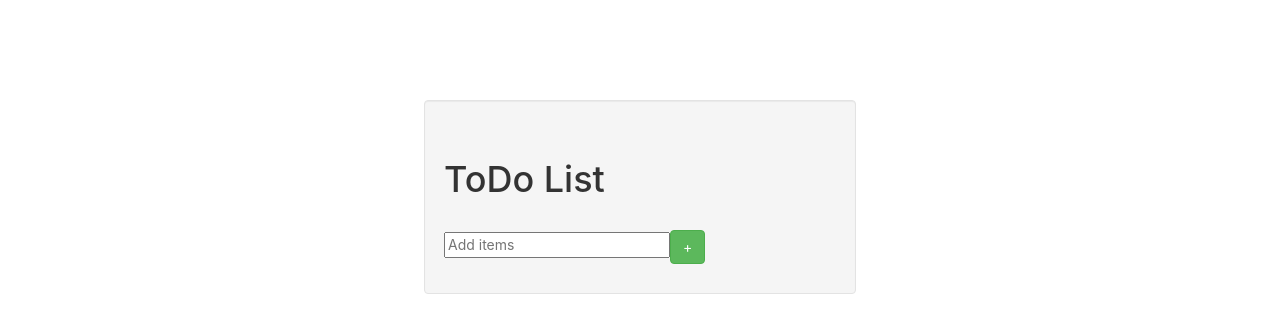
Repository: arpana23/Todo-list
Page: /
The author's editor kept a copy of each file at every save. The page is drawn from the files as they stood at one save, then again after the next save.
The browser window is 1280 px wide. The pictures show the whole page.
Some web libraries are served in a nearby version. The project was rebuilt for these pictures with package versions that can differ from the ones it lists, and the page was loaded fresh each time. Also part of the build but not shown: src/Todolist.js.

Above is the page before, as saved 2021-04-14 17:52:42.

### public/index.html
<!DOCTYPE html>
<html lang="en">
  <head>
    <meta charset="utf-8" />
    <link rel="icon" href="%PUBLIC_URL%/favicon.ico" />
    <meta name="viewport" content="width=device-width, initial-scale=1" />
    <meta name="theme-color" content="#000000" />
    <meta
      name="description"
      content="Web site created using create-react-app"
    />
    <link rel="apple-touch-icon" href="%PUBLIC_URL%/logo192.png" />
    <!--
      manifest.json provides metadata used when your web app is installed on a
      user's mobile device or desktop. See https://developers.google.com/web/fundamentals/web-app-manifest/
    -->
    <script src="https://kit.fontawesome.com/94ade1d1ca.js" crossorigin="anonymous"></script>
    <link rel="manifest" href="%PUBLIC_URL%/manifest.json" />
    <!-- Latest compiled and minified CSS -->
    <link rel="stylesheet" href="https://maxcdn.bootstrapcdn.com/bootstrap/3.4.1/css/bootstrap.min.css">

    <!-- jQuery library -->
    <script src="https://ajax.googleapis.com/ajax/libs/jquery/3.5.1/jquery.min.js"></script>

    <!-- Latest compiled JavaScript -->
    <script src="https://maxcdn.bootstrapcdn.com/bootstrap/3.4.1/js/bootstrap.min.js"></script>
    <!--
      Notice the use of %PUBLIC_URL% in the tags above.
      It will be replaced with the URL of the `public` folder during the build.
      Only files inside the `public` folder can be referenced from the HTML.

      Unlike "/favicon.ico" or "favicon.ico", "%PUBLIC_URL%/favicon.ico" will
      work correctly both with client-side routing and a non-root public URL.
      Learn how to configure a non-root public URL by running `npm run build`.
    -->
    <title>React App</title>
  </head>
  <body>
    <noscript>You need to enable JavaScript to run this app.</noscript>
    <div id="root"></div>
    <!--
      This HTML file is a template.
      If you open it directly in the browser, you will see an empty page.

      You can add webfonts, meta tags, or analytics to this file.
      The build step will place the bundled scripts into the <body> tag.

      To begin the development, run `npm start` or `yarn start`.
      To create a production bundle, use `npm run build` or `yarn build`.
    -->
  </body>
</html>

### src/App.js
import React, { useState } from 'react';
import Todolist from './Todolist';
import './App.css';

const App = () => {


  const [inputItem , setInputItem] = useState("");
  const [itemList , setItemList] = useState([]);

  const handleChange = (e) => {
    setInputItem(e.target.value);
  }

  const addItems = (e) => {
    e.preventDefault();
    setItemList((olditems) => {
      return [...olditems, inputItem];
    });
    setInputItem("");
  }

  const updateItem = (id) => {
    let item =  itemList.map((olditems,index,data) => {
      if(index === id) {
        setInputItem(data.splice(index,1));
        olditems = !olditems;
      }
      return [olditems];
      }
    )
    return item;
  }

  const deleteItem = (id) => {
    setItemList((olditems) => {
      return olditems.filter((arrElement,index) => {
        return index !== id;
        // if(index !== id) {
        //   return [...arrElement];
        // }
      })
    })
  }


 return (
  <>
    <div className="main-container">
      <div className="flex-container">
        <div className="well">
          <br />
            <h1 className="title">ToDo List</h1>
          <br />
          <div>
            <input type="text" placeholder="Add items" value={inputItem} onChange={handleChange}/>
            <button type="submit" className={`btn text-center ${setInputItem !== '' ? 'btn-success' : 'btn-success text-blur'}`}   onClick={addItems}> + </button>
            <ul>
              {
                itemList.map((data,index) => {
                  return <Todolist
                  key= {index}
                  id= {index}
                  list= {data}
                  onEdit= {updateItem}
                  onSelect= {deleteItem}
                  />
                })
              }
            </ul>
          </div>
        </div>
      </div>
    </div>

  </>
 )
}

export default App;

### src/App.css
.App {
  text-align: center;
}

.main-container {
  display: flex;
  flex-direction: column;
  justify-content: center;
}

.flex-container {
  display: flex;
  flex-direction: column;
  align-items: center;
  margin: 100px;
}

.well {
  /* background-color: black; */
  width: 40%;
}

Loaded but not shown: src/index.js (common file); src/index.css (common file); src/reportWebVitals.js (common file)

After the next save:
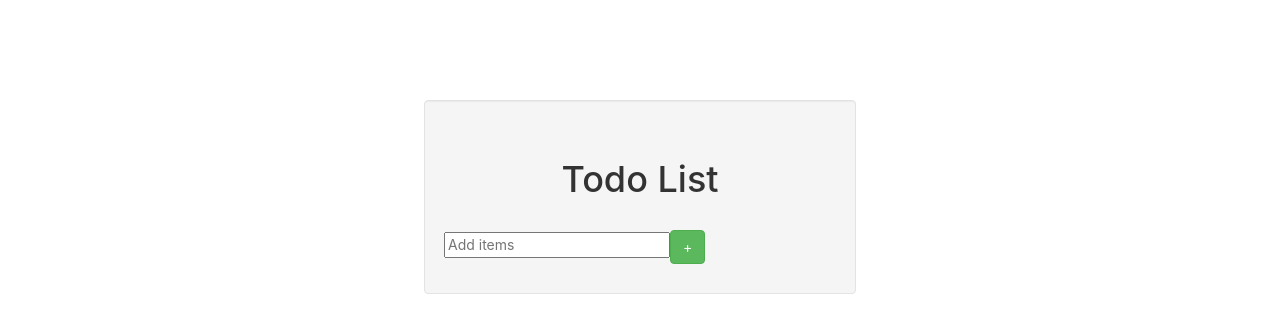
Saved 12 min 22 s later.
--- a/src/App.js
+++ b/src/App.js
@@ -50,7 +50,7 @@ const App = () => {
       <div className="flex-container">
         <div className="well">
           <br />
-            <h1 className="title">ToDo List</h1>
+            <h1 className="title text-center">Todo List</h1>
           <br />
           <div>
             <input type="text" placeholder="Add items" value={inputItem} onChange={handleChange}/>
